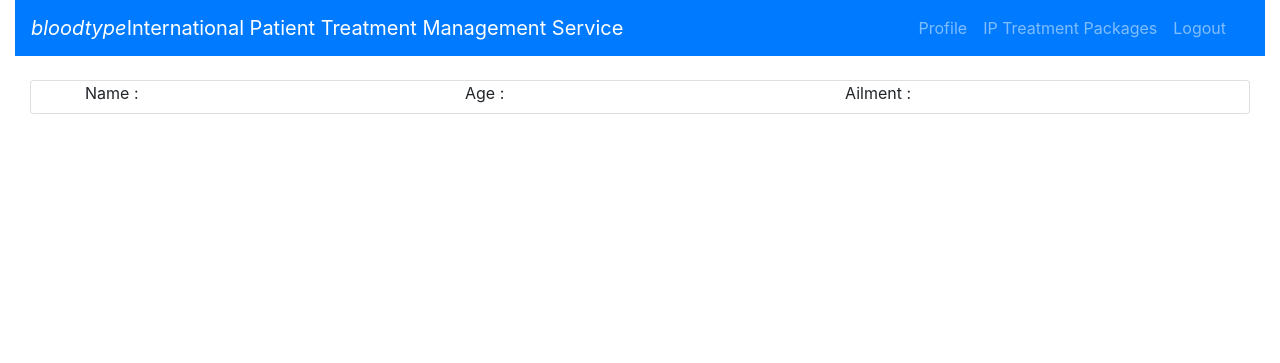
Repository: Vineet2408/POD-Cognizant
Page: http://localhost/iptms-UIportal/WEB-INF/view/IPTreatmentPackagesServices.jsp
These files come from the project's save history. The page is drawn as it stood at one moment and after the next save; the edit follows.
The browser window is 1280 px wide. The pictures show the whole page.
The page is served by Tomcat 9. Nobody is signed in. Other server files are loaded and not shown. The template is opened directly, without the code that normally fills it, so the values that code supplies are empty.

Above is the page before, as saved 2021-03-07 15:48:31.

### iptms-UIportal/src/main/webapp/WEB-INF/view/IPTreatmentPackagesServices.jsp
<%@ page language="java" contentType="text/html; charset=ISO-8859-1"
    pageEncoding="ISO-8859-1"
    isELIgnored="false"
    %>
     <%@ taglib prefix="fmt" uri="http://java.sun.com/jsp/jstl/fmt"%>
	<%@ taglib prefix="c" uri="http://java.sun.com/jsp/jstl/core"%>
<html>
<head>
<%@ include file="headlink.jsp"%>
<title></title>
</head>
<body>

 	<div class="container-fluid">
		<%@ include file="patientheader.jsp"%>
		<br>
		<!-- header............................................................................................. -->
	<div class="container-fluid">
		<div class="card">
			<div class="container">
				<div class="row">

					<div class="col-md-4">
						<label>Name : </label>${user.name}
					</div>
					<div class="col-md-4">
						<label>Age : </label>${user.age}
					</div>
					<div class="col-md-4">
						<label>Ailment : </label>${user.ailment}
					</div>
				</div>
			</div>
		</div>
	</div>
	<div class="container-fluid">
		<form action="/searchPackage">

		</form>
	</div>
	<div class="container-fluid">

    <div class="row">
        <!--start loop here-->
        <c:forEach var="iptreatmentPackage" items="${iptreatmentPackageList}">
        <div class="col-md-3 col-lg-3 col-sm-3">

            <div class="card">
                <div class="row">
                    <div class="col bg-danger"><label>${iptreatmentPackage.ailmentCategory}</label></div>
                </div>
                <img class="card-img-top"
                src="https://images.unsplash.com/photo-1597764690523-15bea4c581c9?ixlib=rb-1.2.1&ixid=MXwxMjA3fDB8MHxwaG90by1wYWdlfHx8fGVufDB8fHw%3D&auto=format&fit=crop&w=750&q=80" alt="Sandwich">

                    <div class="container">
                        <div class="row">
                            <div class="col text-left">
                                <label  name="Name" >${iptreatmentPackage.packageDetail.treatmentPackageName}</label>
                            </div>
                            <div class="col text-right">
                                <label class="card-text" name="Cost">${iptreatmentPackage.packageDetail.cost}</label>
                            </div>

                        </div>
                        <div class="row">
                            <div class="col text-left">
                                <span class="badge badge-success" name="Detail" id="Package-Details">Test Detail</span>
                                <label class="text-danger" name="Category">${iptreatmentPackage.packageDetail.testDetails}</label>
                            </div>
                            <div class="col text-right" id="Sandwich-delivery">
                                <label> </label>
                            </div>
                        </div>
                        <div class="row">
                            <div class="col text-left text-muted">
                                <i class="material-icons" id="schedule-icon">schedule</i><label>Treatment Duration</label><br>
                            </div>
                            <div class="col text-right">
                                <label>${iptreatmentPackage.packageDetail.treatmentDuration}</label>
                            </div>

                        </div>
                        <div class="row justify-content-center">
                            <div></div>
                            <div class="col-12 justify-content-center">

                                    <a href="/patient/getTreatment/?id=${iptreatmentPackage.id}" class=" btn btn-primary" name="Edit"><i class="material-icons">queue</i>Get Treatment</a>
                                </div>
                            </div>
                        </div>
                    </div>
            </div>
             </c:forEach>
            <!--end loop here-->
        </div>
	</div>


	</div>

</body>
</html>

### iptms-UIportal/src/main/webapp/WEB-INF/view/headlink.jsp
<!-- Latest compiled and minified CSS -->
<link rel="stylesheet"
	href="https://maxcdn.bootstrapcdn.com/bootstrap/4.4.1/css/bootstrap.min.css">
      <link rel="stylesheet" href="https://stackpath.bootstrapcdn.com/bootstrap/4.3.1/css/bootstrap.min.css"
        integrity="sha384-ggOyR0iXCbMQv3Xipma34MD+dH/1fQ784/j6cY/iJTQUOhcWr7x9JvoRxT2MZw1T" crossorigin="anonymous">
        <link href="https://fonts.googleapis.com/icon?family=Material+Icons" rel="stylesheet">
<!-- jQuery library -->
<script
	src="https://ajax.googleapis.com/ajax/libs/jquery/3.4.1/jquery.min.js"></script>

<!-- Popper JS -->
<script
	src="https://cdnjs.cloudflare.com/ajax/libs/popper.js/1.16.0/umd/popper.min.js"></script>

<!-- Latest compiled JavaScript -->
<script
	src="https://maxcdn.bootstrapcdn.com/bootstrap/4.4.1/js/bootstrap.min.js"></script>
<meta http-equiv="Content-Type" content="text/html; charset=ISO-8859-1">

### iptms-UIportal/src/main/webapp/WEB-INF/view/patientheader.jsp
<%@ page language="java" contentType="text/html; charset=ISO-8859-1"
    pageEncoding="ISO-8859-1"%>
<!DOCTYPE html>
<html>
<head>
	<%@ include file="headlink.jsp"%>

</head>
<body>
	<header>
	    <div class="jumbotron-fluid bg-danger text-white">
	        <nav class="navbar navbar-expand-md navbar-dark bg-primary text-white justify-content-center" id="navbar" >
	            <a href="IPPackagesview.html" class="navbar-brand"><i class="material-icons">bloodtype</i>International Patient Treatment Management Service</a>
	            <button class="navbar-toggler" data-toggle="collapse" data-target="#truyumbar">
	                <span class="navbar-toggler-icon"></span>
	            </button>
	            <div class="container">
	                <div class="collapse navbar-collapse" id="truyumbar">
	                    <ul class="navbar-nav ml-auto">
	                        <li class="nav-item"><a href="profile.html" class="nav-link">Profile</a></li>

	                        <li class="nav-item"><a href="IPPackagesview.html" class="nav-link">IP Treatment Packages</a></li>
	                        <li class="nav-item"><a href="logout.html" class="nav-link">Logout</a></li>
	                    </ul>
	                </div>
	            </div>
	        </nav>
	     </div>

	</header>
</body>
</html>

After the next save:
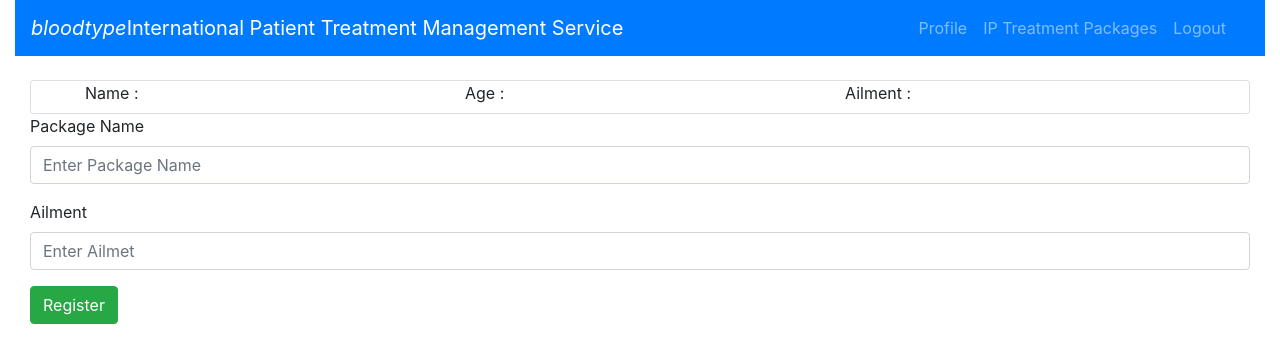
Saved 3 min 10 s later.
--- a/iptms-UIportal/src/main/webapp/WEB-INF/view/IPTreatmentPackagesServices.jsp
+++ b/iptms-UIportal/src/main/webapp/WEB-INF/view/IPTreatmentPackagesServices.jsp
@@ -35,7 +35,17 @@
 	</div>
 	<div class="container-fluid">
 		<form action="/searchPackage">
+		<div class="container"></div>
+			<div class="form-group">
+				<label for="packageName">Package Name</label>
+				<input type="text" class="form-control" id="packageName" name="packageName" placeholder="Enter Package Name">
+			</div>
+			<div class="form-group">
+				<label for="ailmet">Ailment</label>
+				<input type="number" class="form-control" id="ailmet" name="ailmet" placeholder="Enter Ailmet">
+			</div>
 
+			<button type="submit" class="btn btn-success">Register </button>
 		</form>
 	</div>
 	<div class="container-fluid">
